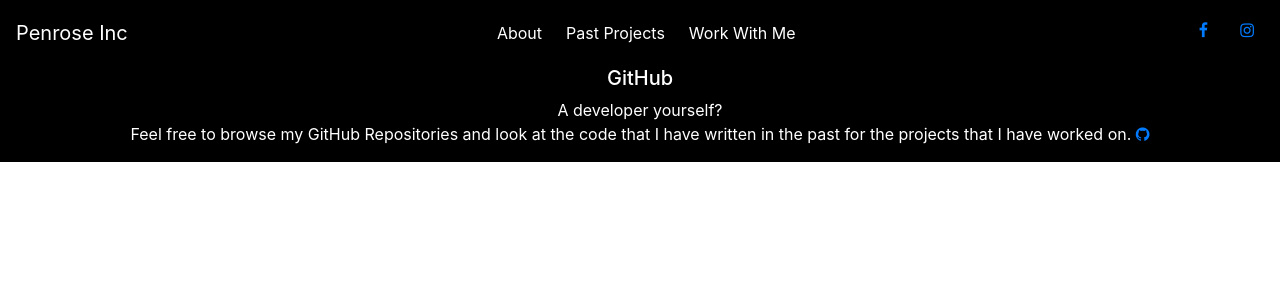
Repository: mrwillpenrose/penrose-inc
Page: index.html
The author's editor kept a record of every edit. The page is drawn from the files as they stood at one moment, then again after the next edit.
The browser window is 1280 px wide. The pictures show the whole page.
Some web libraries are served in a nearby version.

Above is the page before.

### index.html
<!DOCTYPE html>
<html lang="en">

<head>
    <meta charset="UTF-8">
    <meta name="viewport" content="width=device-width, initial-scale=1.0">
    <meta http-equiv="X-UA-Compatible" content="ie=edge">
    <title>Pernose Inc</title>
    <link rel="stylesheet" href="https://maxcdn.bootstrapcdn.com/bootstrap/4.0.0/css/bootstrap.min.css" integrity="sha384-Gn5384xqQ1aoWXA+058RXPxPg6fy4IWvTNh0E263XmFcJlSAwiGgFAW/dAiS6JXm" crossorigin="anonymous">
    <link rel="stylesheet" href="https://stackpath.bootstrapcdn.com/font-awesome/4.7.0/css/font-awesome.min.css" type="text/css" />
    <link rel="stylesheet" href="css/style.css" type="text/css" />
</head>

<body>

    <!------------------NAV------------------------>


    <nav class="navbar navbar-expand-md navbar-dark bg-custom">
        <a href="index.html" class="navbar-brand">Penrose Inc</a>
        <button class="navbar-toggler" data-toggle="collapse" data-target="#navbarMenu">
                <span class="navbar-toggler-icon"></span>
            </button>
        <div class="collapse navbar-collapse" id="navbarMenu">
            <ul class="navbar-nav mx-auto">
                <li class="list-inline-item">
                    <a href="#" class="nav-link">About</a>
                </li>
                <li class="list-inline-item">
                    <a href="#" class="nav-link">Past Projects</a>
                </li>
                <li class="list-inline-item">
                    <a href="#" class="nav-link">Work With Me</a>
                </li>
            </ul>
            <ul class="social">
                <li class="list-inline-item">
                    <a href="#" class="nav-link" target="_blank">
                        <i class="fa fa-facebook social-icon" aria-hidden="true"></i>
                        <span class="sr-only">Facebook</span>
                    </a>
                </li>
                <li class="list-inline-item">
                    <a href="#" class="nav-link" target="_blank">
                        <i class="fa fa-instagram social-icon" aria-hidden="true"></i>
                        <span class="sr-only">Instagram</span>
                    </a>
                </li>
            </ul>
        </div>
    </nav>
    <!-----------------------MAIN CONTENT---------------->



    <!----------------------FOOTER----------------------->

    <footer class="container-fluid">
        <div class="row">
            <div class="col-sm-12">
                <h4 class="github">GitHub</h4>
                <p class="github-paragraph">
                    A developer yourself?<br>
                    Feel free to browse my GitHub Repositories and look at the code that I have written in the past for the projects that I have worked on.
                    <a href="#" target="_blank">
                        <i class="fa fa-github" aria-hidden="true"></i>
                        <span class="sr-only">GitHub</span>
                    </a>
                </p>
            </div>
        </div>
    </footer>


    <script src="https://code.jquery.com/jquery-3.2.1.slim.min.js" integrity="sha384-KJ3o2DKtIkvYIK3UENzmM7KCkRr/rE9/Qpg6aAZGJwFDMVNA/GpGFF93hXpG5KkN" crossorigin="anonymous"></script>
    <script src="https://cdnjs.cloudflare.com/ajax/libs/popper.js/1.12.9/umd/popper.min.js" integrity="sha384-ApNbgh9B+Y1QKtv3Rn7W3mgPxhU9K/ScQsAP7hUibX39j7fakFPskvXusvfa0b4Q" crossorigin="anonymous"></script>
    <script src="https://maxcdn.bootstrapcdn.com/bootstrap/4.0.0/js/bootstrap.min.js" integrity="sha384-JZR6Spejh4U02d8jOt6vLEHfe/JQGiRRSQQxSfFWpi1MquVdAyjUar5+76PVCmYl" crossorigin="anonymous"></script>
</body>

</html>

### css/style.css
body {
    padding: 0;
    margin: 0;
}

/* ----------------------------- MEDIA QUERIES ------------------------*/

@media (max-width: 768px) {
    .social {
        padding: 0;
    }
}




/* ----------------------------- NAV ------------------------*/

.bg-custom {
    background-color: #000;
}

.navbar .navbar-nav li a {
    color: #fff !important;
}

.nav-link {
    text-align: center;
}


.social {
    text-align: center;
}


.social .nav-link {
    padding-top: 10px;
    padding-bottom: 0px;
    padding-left: 10px;
    padding-right: 10px;
}

.font-awesome-icon {
    font-size: 25px;
    color: #fff;
    text-align: center;
    -webkit-transition: ease-in-out 0.25s;
    -moz-transition: ease-in-out 0.25s;
    -o-transition: ease-in-out 0.25s;
}

.font-awesome-icon:hover {

    font-size: 40px;
    color: #FF0000;
}


/* ----------------------------- FOOTER ------------------------*/

footer {
    padding: 0;
    margin: 0;
    background-color: #000;
}

.github {
    font-size: 20px;
    text-align: center;
    color: #fff;
}

.github-paragraph {
    text-align: center;
    font-size: 16px;
    color: #fff;
}

.github > .font-awesome-icon {
    padding-top: 10px;
}

After the next edit:
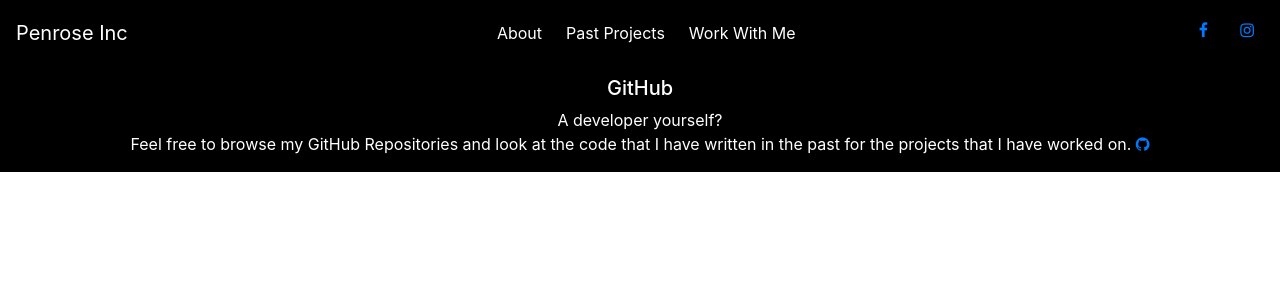
The edit:
--- a/css/style.css
+++ b/css/style.css
@@ -68,6 +68,7 @@
 .github {
     font-size: 20px;
     text-align: center;
+    padding: 10px 0px 0px 0px;
     color: #fff;
 }
 
